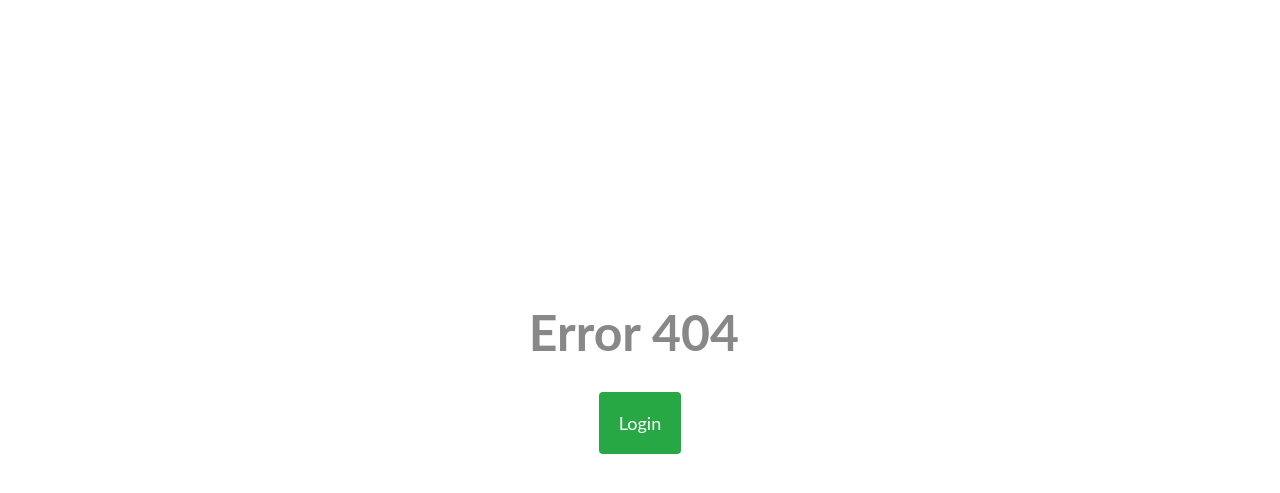
Repository: SavalaramRedkar/SupermarketManagementSystem-Java
Page: http://localhost/Supermarket_Management_System/error.jsp
An editor plug-in stored every save of this project. The page is shown before and after the next save, followed by the edit.
The browser window is 1280 px wide. The pictures show the whole page.
The page is served by Tomcat 9. Other server files are loaded and not shown.

Above is the page before, as saved 2021-03-14 15:22:34.

### Supermarket Management System/WebContent/error.jsp
<%@page isErrorPage="true"%>
<!DOCTYPE html PUBLIC "-//W3C//DTD HTML 4.01 Transitional//EN" "http://www.w3.org/TR/html4/loose.dtd">
<html>
<style>
* {
	transition: all 0.6s;
}

html {
	height: 100%;
}

body {
	font-family: 'Lato', sans-serif;
	color: #888;
	margin: 0;
}

#main {
	display: table;
	width: 100%;
	height: 100vh;
	text-align: center;
}

.fof {
	display: table-cell;
	vertical-align: middle;
}

.fof h1 {
	font-size: 50px;
	display: inline-block;
	padding-right: 12px;
	animation: type .5s alternate infinite;
}

/* @keyframes type{
	  from{box-shadow: inset -3px 0px 0px #888;}
	  to{box-shadow: inset -3px 0px 0px transparent;}
} */

.login {
	color: white;
	text-align: center;
	padding: 20px;
	text-decoration: none;
	font-size: 18px;
	line-height: 25px;
	border-radius: 4px;
	background-color: #28a745;
}
</style>
<head>
<meta http-equiv="Content-Type" content="text/html; charset=ISO-8859-1">
<title>Error</title>
</head>
<body>
	<div id="main">
		<div class="fof">
			<h1>Error 404</h1>
			<p><a class="login" href="login.jsp">Login</a></p>
		</div>
	</div>

</body>
</html>

After the next save:
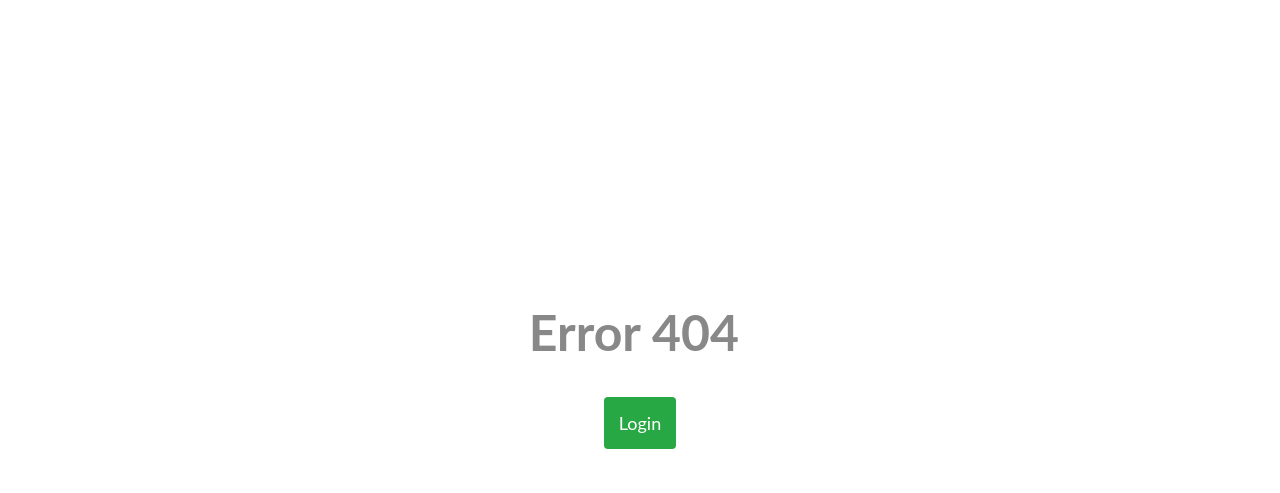
Saved 48 s later.
--- a/Supermarket Management System/WebContent/error.jsp
+++ b/Supermarket Management System/WebContent/error.jsp
@@ -43,7 +43,7 @@ body {
 .login {
 	color: white;
 	text-align: center;
-	padding: 20px;
+	padding: 15px;
 	text-decoration: none;
 	font-size: 18px;
 	line-height: 25px;
